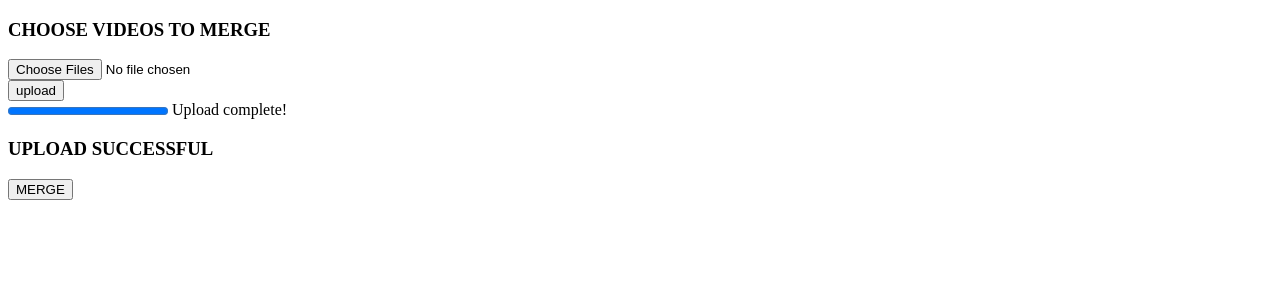
Repository: vnminh/MergeVideoWebServlet-
Page: http://localhost/MergeVideo/uploadFile.jsp
An editor plug-in stored every save of this project. The page is shown before and after the next save, followed by the edit.
The browser window is 1280 px wide. The pictures show the whole page.
After loading, the first visible `#uploadForm` was submitted once.
The page is served by Tomcat 10. Other server files are loaded and not shown.

Above is the page before, as saved 2024-12-03 08:05:42.

### BaiTapCuoiKi/MergeVideo/src/main/webapp/uploadFile.jsp
<%@page import="model.bean.Account"%>
<%@ page language="java" contentType="text/html; charset=UTF-8"
    pageEncoding="UTF-8"%>
<!DOCTYPE html>
<html>
<head>
<meta charset="UTF-8">
<title>Insert title here</title>
</head>
<body>
	<%
	Account account = new Account("user01","lvnminh");
	request.getSession().setAttribute("account", account);
	%>
	<h3>CHOOSE VIDEOS TO MERGE</h3>
	<form id="uploadForm" action = "UploadServlet" method = "post" enctype = "multipart/form-data">
		<input type = "file" name = "filename" multiple><br>
		<input type = "submit" value = "upload">
	</form>
	<div id="progressInfo" style ="display:none">
		<progress id="progressBar" value="0" max = "100"></progress>
		<label id = "progressText">Uploading to server</label>
	</div>
	<div id="mergeForm" style="display:none">
		<h3>UPLOAD SUCCESSFUL</h3>
		<form action="MergeRequestReceiveServlet" method ="post">
			<input type = "submit" value = "MERGE">
		</form>
	</div>
</body>
<script module>
const uploadForm = document.getElementById('uploadForm');
const progressBar = document.getElementById('progressBar');
const progressText = document.getElementById('progressText');
const progressInfo = document.getElementById('progressInfo');
const mergeForm = document.getElementById('mergeForm');
uploadForm.addEventListener('submit', function (e) {
    e.preventDefault();

    progressInfo.style.display = 'block';

    const formData = new FormData(uploadForm);
    const xhr = new XMLHttpRequest();

    xhr.open('POST', uploadForm.action, false);

    // Periodically query the server for upload progress
    const interval = setInterval(() => {
        fetch('http://localhost:8080/MergeVideo/UploadServlet')
            .then(response => response.json())
            .then(data => {
            	let uploaded = data.numFileUploaded;
            	let total = data.totalFileUploaded;
                if (total > 0) {
                    const progress = (uploaded/total) * 100;
                    progressBar.value = progress;
                    progressText.textContent = 'Uploaded: '+uploaded+' of '+total;
                }
                else{
                    progressText.textContent = 'Progressing';

                }
            });
    }, 1000);

    xhr.onload = () => {
        clearInterval(interval);
        progressBar.value = 100;
        progressText.textContent = 'Upload complete!';
        mergeForm.style = "display: block"
    };

    xhr.onerror = () => {
        clearInterval(interval);
        progressText.textContent = 'Error during upload.';
    };

    xhr.send(formData);
});
</script>
</html>

### BaiTapCuoiKi/MergeVideo/src/main/java/model/bean/Account.java
package model.bean;

import java.util.ArrayList;
import java.util.List;

public class Account {
	private String userID, username, password;
	private List<Integer> listPID = new ArrayList<Integer>();
	public Account(String userID, String username) {
		this.userID = userID;
		this.username = username;
	}
	public String getUserID() {
		return userID;
	}
	public void setUserID(String userID) {
		this.userID = userID;
	}
	public String getUsername() {
		return username;
	}
	public void setUsername(String username) {
		this.username = username;
	}
	public String getPassword() {
		return password;
	}
	public void setPassword(String password) {
		this.password = password;
	}
	public List<Integer> getListPID() {
		return listPID;
	}
	public void setListPID(List<Integer> listPID) {
		this.listPID = listPID;
	}

}

### BaiTapCuoiKi/MergeVideo/src/main/java/controller/UploadServlet.java
package controller;

import jakarta.servlet.ServletException;
import jakarta.servlet.annotation.MultipartConfig;
import jakarta.servlet.annotation.WebServlet;
import jakarta.servlet.http.HttpServlet;
import jakarta.servlet.http.HttpServletRequest;
import jakarta.servlet.http.HttpServletResponse;
import jakarta.servlet.http.Part;
import model.BO.MergeVideoMangerBO;
import model.BO.UploadVideoManagerBO;
import model.bean.Account;

import java.io.File;
import java.io.IOException;
import java.io.PrintWriter;
import java.util.Scanner;
import java.util.concurrent.ConcurrentHashMap;
import java.util.concurrent.Executor;
import java.util.concurrent.ExecutorService;
import java.util.concurrent.Executors;

import javax.swing.plaf.basic.BasicTreeUI.TreePageAction;

/**
 * Servlet implementation class UploadServlet
 */
@WebServlet("/UploadServlet")
@MultipartConfig(location = "D:\\MinhDUT\\KY 5, NAM 24-25\\Lap trinh mang\\Source\\temp",
				 fileSizeThreshold=1024*1024*500, 	// 500 MB dung luong buffer cho phep truoc khi luu
				 maxFileSize=1024*1024*1000)         // 1000MB dung luong 1 file
public class UploadServlet extends HttpServlet {
	private static final long serialVersionUID = 1L;
    private static final String rootFolder = "D:\\MinhDUT\\KY 5, NAM 24-25\\Lap trinh mang\\Source";

    /**
     * @see HttpServlet#HttpServlet()
     */
    public UploadServlet() {
        super();
        // TODO Auto-generated constructor stub
    }


	/**
	 * @see HttpServlet#doGet(HttpServletRequest request, HttpServletResponse response)
	 */
	protected void doGet(HttpServletRequest request, HttpServletResponse response) throws ServletException, IOException {
		// TODO Auto-generated method stub

		String userID = ((Account)request.getSession().getAttribute("account")).getUserID();
		System.out.println(userID+"in get");
		response.setContentType("application/json");
		Integer[] curProgress = UploadVideoManagerBO.getInstance().getStatus(userID);
//		System.out.println(curProgress[0]+" "+curProgress[1]);
		if (curProgress!=null) {
			response.getWriter().write(String.format("{\"numFileUploaded\": %d, \"totalFileUploaded\": %d}", curProgress[0],curProgress[1]));
		}
		else {
			response.getWriter().write("{\"numFileUploaded\": 0, \"totalFileUploaded\": 0}");
		}
		response.flushBuffer();
	}

	/**
	 * @see HttpServlet#doPost(HttpServletRequest request, HttpServletResponse response)
	 */
	protected void doPost(HttpServletRequest request, HttpServletResponse response) throws ServletException, IOException {
		// TODO Auto-generated method stub
		String userID = ((Account)request.getSession().getAttribute("account")).getUserID();
		System.out.println(userID+"in post");
		int totalFileUpload = request.getParts().size();
		UploadVideoManagerBO.getInstance().putStatus(userID, new Integer[] {0,totalFileUpload});
		System.out.println(totalFileUpload);
		int pID = MergeVideoMangerBO.getNextID();
		String upFolder = rootFolder+File.separator+userID+File.separator+Integer.toString(pID);
		File upF = new File(upFolder);
		if (!upF.exists()) {
			upF.mkdirs();
		}
		PrintWriter fileListPrinter = new PrintWriter(upFolder+File.separator+"file_list.txt");

		for (Part part: request.getParts()) {
			String filePath = upFolder+File.separator+getFileName(part);
			fileListPrinter.println(String.format("file \"%s\"", filePath));
			UploadVideoManagerBO.getInstance().postTask(userID, part, filePath, request, response);
		}
		fileListPrinter.close();
	}

	private static String getFileName(Part part) {
        String contentDisposition = part.getHeader("content-disposition");
        for (String content : contentDisposition.split(";")) {
            if (content.trim().startsWith("filename")) {
                return content.substring(content.indexOf("=") + 2, content.length() - 1);
            }
        }
        return null;
    }


}

### BaiTapCuoiKi/MergeVideo/src/main/java/model/BO/UploadVideoManagerBO.java
package model.BO;

import java.util.HashMap;
import java.util.Map;
import java.util.concurrent.ConcurrentHashMap;
import java.util.concurrent.ExecutorService;
import java.util.concurrent.Executors;

import javax.swing.plaf.ProgressBarUI;

import jakarta.servlet.http.HttpServletRequest;
import jakarta.servlet.http.HttpServletResponse;
import jakarta.servlet.http.Part;

public class UploadVideoManagerBO {
	private static UploadVideoManagerBO instance = null;
	private ExecutorService executorService=Executors.newFixedThreadPool(10);
    public Map<String, Integer[]> progressMap = new ConcurrentHashMap<String, Integer[]>();

    private UploadVideoManagerBO() {
		// TODO Auto-generated constructor stub

    }

    public static UploadVideoManagerBO getInstance() {
    	if (instance == null) {
    		instance = new UploadVideoManagerBO();
    	}
    	return instance;
    }


    public void putStatus(String userID, Integer[] status) {
    	progressMap.put(userID, status);
    }

    public Integer[] getStatus(String userID) {
		return progressMap.get(userID);
	}
	public void postTask(String userID, Part part, String filePath, HttpServletRequest request, HttpServletResponse response) {
		executorService.submit(()->{
			processFileUpload(userID, part, filePath, request, response);
		});
	}

	public void destroy() {
		if (executorService != null && !executorService.isShutdown()) {
            executorService.shutdown();
        }
	}

	private void processFileUpload(String userID, Part part, String filePath, HttpServletRequest request, HttpServletResponse response) {
        try {
            part.write(filePath); // Save the file
            System.out.println("File " + filePath + " uploaded successfully.");

        	Integer[] curProgress = progressMap.get(userID);
        	curProgress[0]++;
            progressMap.put("userID", curProgress);


        } catch (Exception e) {
            System.err.println("Error processing file: " + e.getMessage());
        }
    }
}

After the next save:
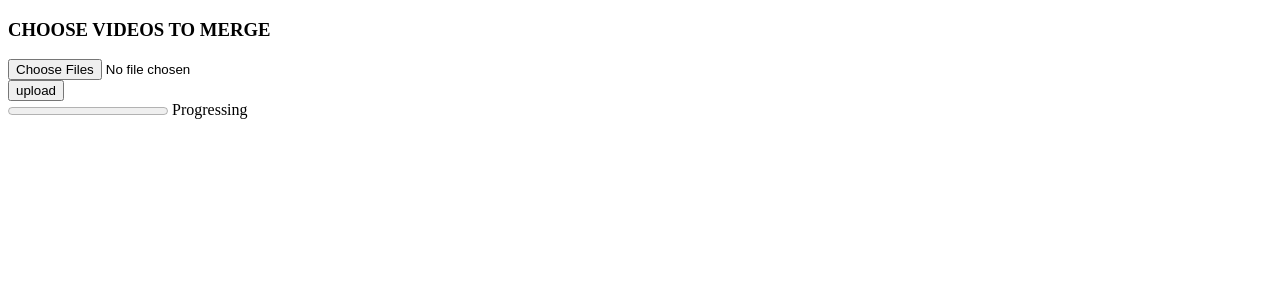
Saved 11 s later.
--- a/BaiTapCuoiKi/MergeVideo/src/main/webapp/uploadFile.jsp
+++ b/BaiTapCuoiKi/MergeVideo/src/main/webapp/uploadFile.jsp
@@ -43,7 +43,7 @@ uploadForm.addEventListener('submit', function (e) {
     const xhr = new XMLHttpRequest();
 
     xhr.open('POST', uploadForm.action, false);
-
+    xhr.send(formData);
     // Periodically query the server for upload progress
     const interval = setInterval(() => {
         fetch('http://localhost:8080/MergeVideo/UploadServlet')
@@ -60,22 +60,13 @@ uploadForm.addEventListener('submit', function (e) {
                     progressText.textContent = 'Progressing';
 
                 }
+                if (uploaded===total){
+                    clearInterval(interval);
+                }
             });
     }, 1000);
 
-    xhr.onload = () => {
-        clearInterval(interval);
-        progressBar.value = 100;
-        progressText.textContent = 'Upload complete!';
-        mergeForm.style = "display: block"
-    };
 
-    xhr.onerror = () => {
-        clearInterval(interval);
-        progressText.textContent = 'Error during upload.';
-    };
-
-    xhr.send(formData);
 });
 </script>
 </html>
